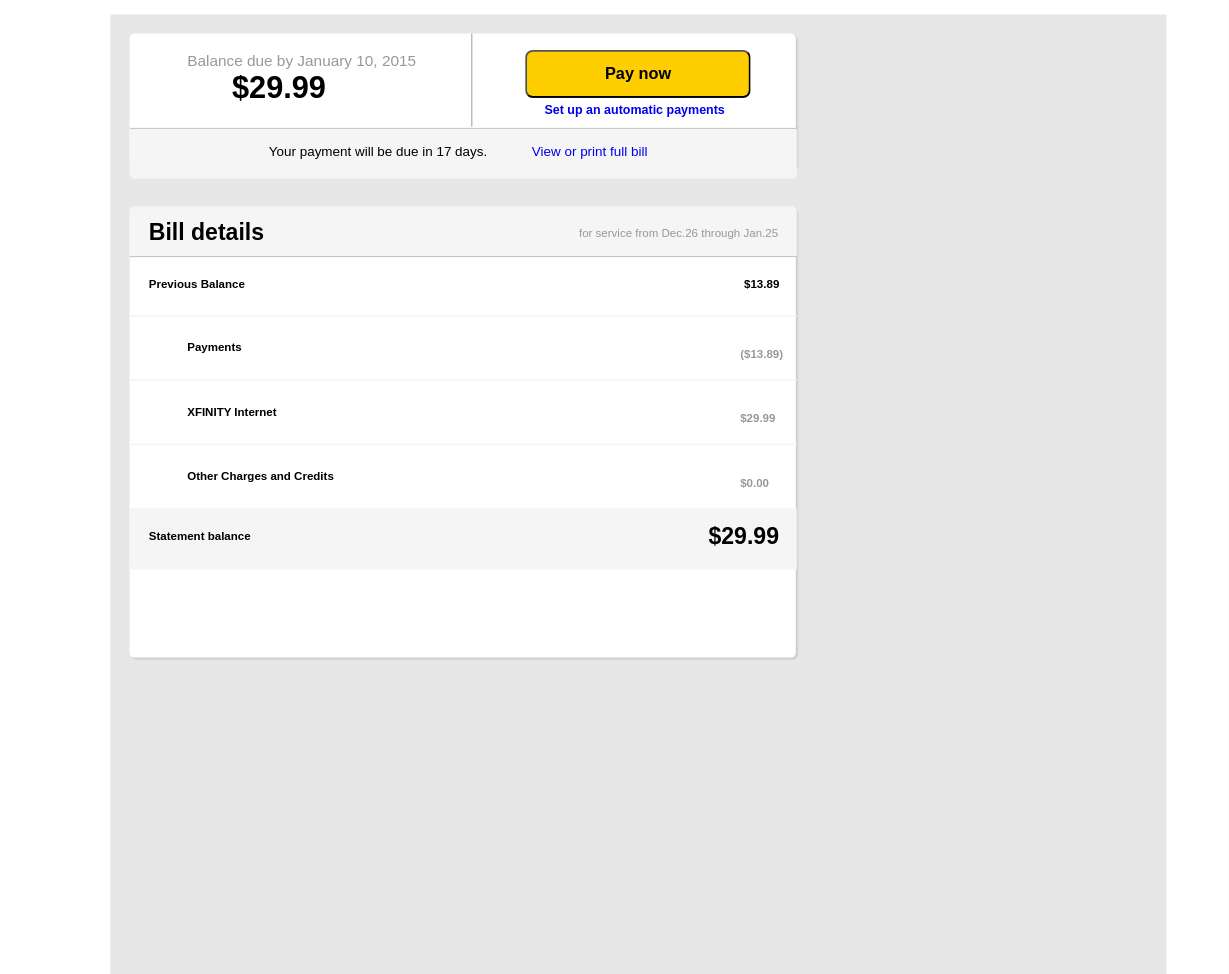
Repository: Sakivaday/UI-TSQ
Page: Aptana Studio 3 Workspace/tsq/assignment3/comcast2.html
These files come from the project's save history. The page is drawn as it stood at one moment and after the next save; the edit follows.
The browser window is 1280 px wide. The pictures show the whole page, at 96% of full size.
Pictures or frames that could not be fetched are drawn as grey boxes.

Above is the page before, as saved 2015-01-21 03:02:57.

After the next save:
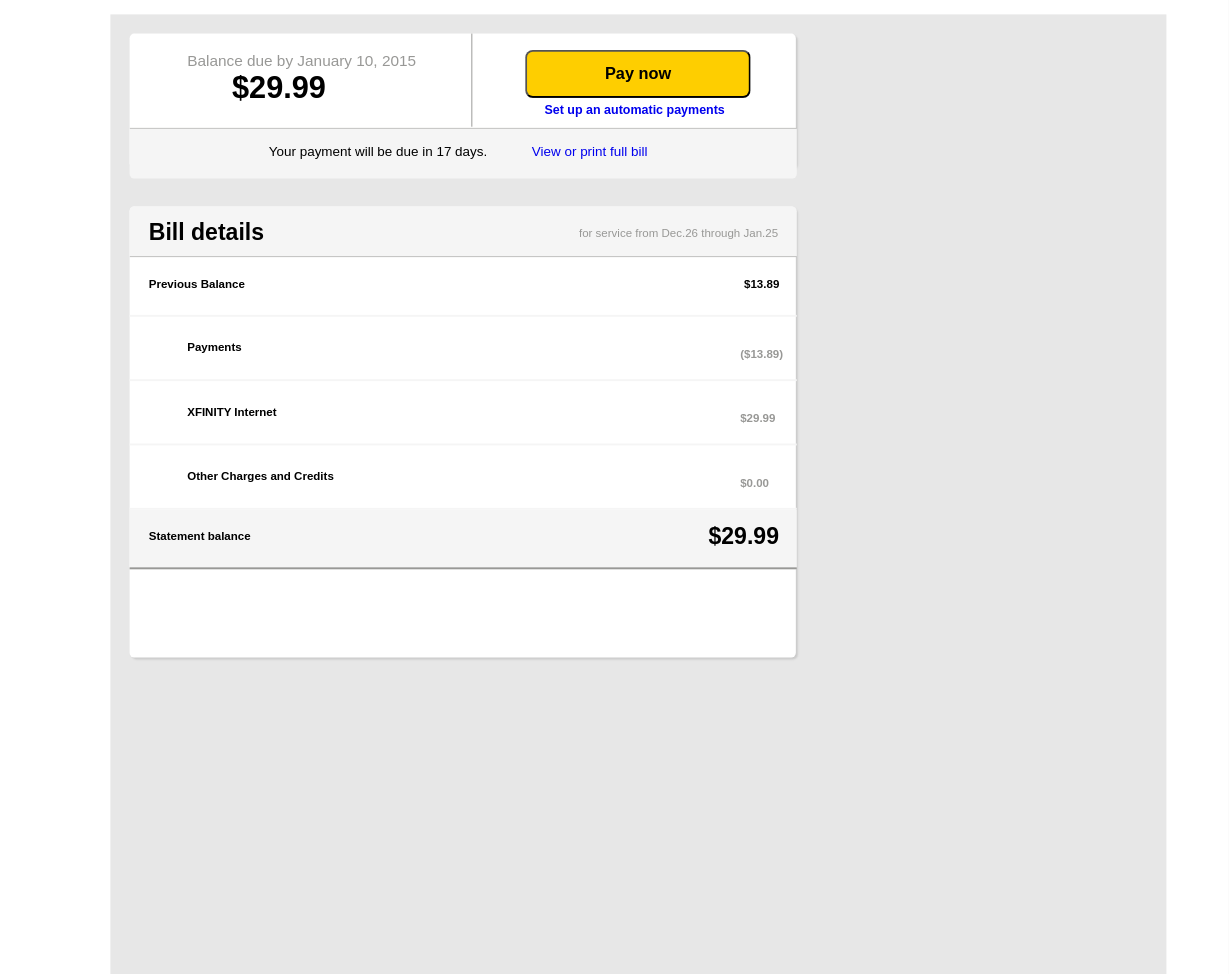
Saved 43 s later.
--- a/Aptana Studio 3 Workspace/tsq/assignment3/comcst2.css
+++ b/Aptana Studio 3 Workspace/tsq/assignment3/comcst2.css
@@ -173,7 +173,7 @@ button{
 	width: 695px;
 }
 .statement{
-	border-bottom: 2px solid #F5F5F5;
+	border-bottom: 2px solid #989896;
 	height: 60px;
 	width: 695px;
 	background-color: #F5F5F5;
